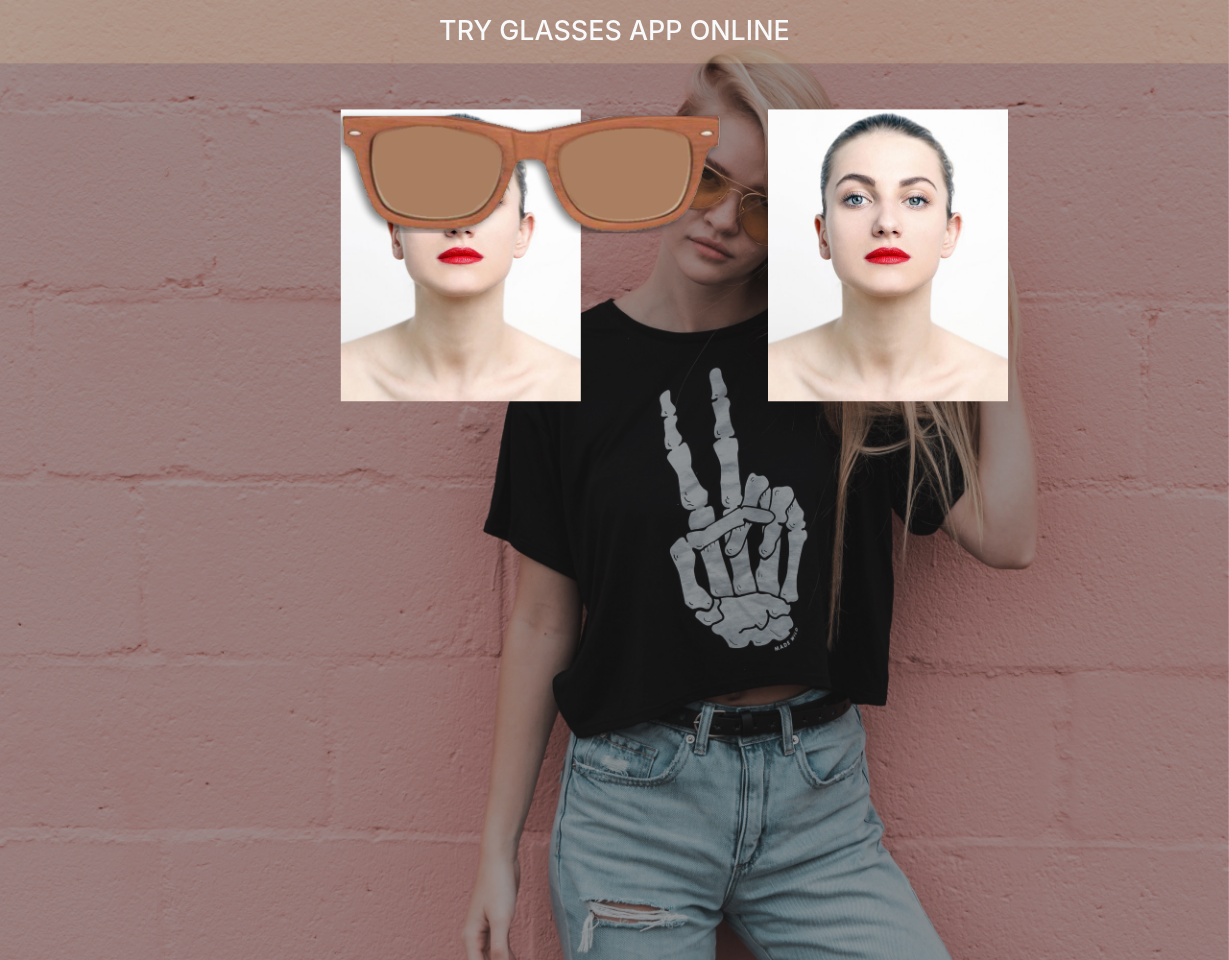
Repository: LeHieuSP/Baitapthukinh_LTH_FE70
Page: /
These files come from the project's save history. The page is drawn as it stood at one moment and after the next save; the edit follows.
The browser window is 1280 px wide. The pictures show the whole page, at 96% of full size.
The project was rebuilt for these pictures with package versions that can differ from the ones it lists, and the page was loaded fresh each time. Also part of the build but not shown: src/index.css, src/App.css, src/redux/actions/BaiTapDatVeAction.js, src/BaiTapRedux/BaiTapBookingTicket/ThongTinDatGhe.js, src/BaiTapRedux/BaiTapBookingTicket/HangGhe.js, src/BaiTapRedux/BaiTapBookingTicket/BaiTapBookingTicket.js.

Above is the page before, as saved 2022-03-09 17:08:43.

### public/index.html
<!DOCTYPE html>
<html lang="en">
  <head>
    <meta charset="utf-8" />
    <link rel="icon" href="%PUBLIC_URL%/favicon.ico" />
    <meta name="viewport" content="width=device-width, initial-scale=1" />
    <meta name="theme-color" content="#000000" />
    <meta
      name="description"
      content="Web site created using create-react-app"
    />
    <link rel="apple-touch-icon" href="%PUBLIC_URL%/logo192.png" />
    <!--
      manifest.json provides metadata used when your web app is installed on a
      user's mobile device or desktop. See https://developers.google.com/web/fundamentals/web-app-manifest/
    -->
    <link rel="manifest" href="%PUBLIC_URL%/manifest.json" />
    <!--
      Notice the use of %PUBLIC_URL% in the tags above.
      It will be replaced with the URL of the `public` folder during the build.
      Only files inside the `public` folder can be referenced from the HTML.

      Unlike "/favicon.ico" or "favicon.ico", "%PUBLIC_URL%/favicon.ico" will
      work correctly both with client-side routing and a non-root public URL.
      Learn how to configure a non-root public URL by running `npm run build`.
    -->
    <link rel="stylesheet" href="https://stackpath.bootstrapcdn.com/bootstrap/4.3.1/css/bootstrap.min.css" integrity="sha384-ggOyR0iXCbMQv3Xipma34MD+dH/1fQ784/j6cY/iJTQUOhcWr7x9JvoRxT2MZw1T" crossorigin="anonymous">

    <title>React App</title>
  </head>
  <body>
    <noscript>You need to enable JavaScript to run this app.</noscript>
    <div id="root"></div>
    <!--
      This HTML file is a template.
      If you open it directly in the browser, you will see an empty page.

      You can add webfonts, meta tags, or analytics to this file.
      The build step will place the bundled scripts into the <body> tag.

      To begin the development, run `npm start` or `yarn start`.
      To create a production bundle, use `npm run build` or `yarn build`.
    -->
    <script src="https://code.jquery.com/jquery-3.3.1.slim.min.js" integrity="sha384-q8i/X+965DzO0rT7abK41JStQIAqVgRVzpbzo5smXKp4YfRvH+8abtTE1Pi6jizo" crossorigin="anonymous"></script>
    <script src="https://cdnjs.cloudflare.com/ajax/libs/popper.js/1.14.7/umd/popper.min.js" integrity="sha384-UO2eT0CpHqdSJQ6hJty5KVphtPhzWj9WO1clHTMGa3JDZwrnQq4sF86dIHNDz0W1" crossorigin="anonymous"></script>
    <script src="https://stackpath.bootstrapcdn.com/bootstrap/4.3.1/js/bootstrap.min.js" integrity="sha384-JjSmVgyd0p3pXB1rRibZUAYoIIy6OrQ6VrjIEaFf/nJGzIxFDsf4x0xIM+B07jRM" crossorigin="anonymous"></script>




  </body>
</html>

### src/index.js
import React from 'react';
import ReactDOM from 'react-dom';
import './index.css';
import App from './App';
import reportWebVitals from './reportWebVitals';

import {Provider} from 'react-redux';
import {createStore} from 'redux';
import {rootReducer} from './redux/reducer/rootReducer';

const store = createStore(rootReducer);

ReactDOM.render(
  <Provider store={store}>

    <App />

  </Provider>,
  document.getElementById('root')
);

// If you want to start measuring performance in your app, pass a function
// to log results (for example: reportWebVitals(console.log))
// or send to an analytics endpoint. Learn more: https://bit.ly/CRA-vitals
reportWebVitals();

### src/App.js

import { Component } from 'react';
import './App.css';
import BaiTapBookingTicket from './BaiTapRedux/BaiTapBookingTicket/BaiTapBookingTicket';
import BaiTapThuKinh from './BaiTapThuKinh/BaiTapThuKinh';

export default class App extends Component {
  render() {
    return (
      <div>
        {/* <BaiTapBookingTicket /> */}
        <BaiTapThuKinh />
      </div>
    )
  }
}

### src/redux/reducer/rootReducer.js
import { combineReducers } from "redux";

//import (combineReducers)
import BaiTapDatVeReducer from './BaiTapDatVeReducer';
export const rootReducer = combineReducers ({
     BaiTapDatVeReducer, // state bài tập đặt vé
})


//export default rootReducer ;

### src/BaiTapThuKinh/BaiTapThuKinh.js
import React, { Component } from "react";

export default class BaiTapThuKinh extends Component {
  render() {

    const styleGlasses = {


    }


    return (
      <div
        style={{
          backgroundImage: "url(./glassesImage/bg.jpg)",
          backgroundRepeat: "no-repeat",
          backgroundSize: "1500px",
          height: "1000px",
        }}
      >
        <div style={{ backgroundColor: "rgba(0,0,0,.3)", height: "1000px" }}>
          <h3
            style={{ backgroundColor: "rgba(252	,224,166,.2)" }}
            className="text-center text-light p-3"
          >
            TRY GLASSES APP ONLINE
          </h3>
          <div className="container">
            <div className="row mt-5 text-center">
              <div className="col-6">
                  <div className="position-relative">
                <img className="position-absolute"
                  style={{ width: "250px" }}
                  src="./glassesImage/model.jpg"
                  alt="model.jpg"
                />
                <img style={styleGlasses}
                className="position-absolute" src="./glassesImage/v1.png"
                />
                </div>
              </div>
              <div className="col-6">
                <img
                  style={{ width: "250px" }}
                  src="./glassesImage/model.jpg"
                  alt="model.jpg"
                />

              </div>
            </div>
          </div>
        </div>
      </div>
    );
  }
}

### src/redux/reducer/BaiTapDatVeReducer.js
import { DAT_GHE, HUY_GHE } from "../types/BaiTapDatVeType";

const stateDefault = {
  danhSachGheDangDat: [

  ],
};

const BaiTapDatVeReducer = (state = stateDefault, action) => {
  switch (action.type) {
    case DAT_GHE: {
      let danhSachGheDangDatUpdate = [...state.danhSachGheDangDat];
      let index = danhSachGheDangDatUpdate.findIndex(
        (gheDangDat) => gheDangDat.soGhe === action.ghe.soGhe
      );
      if (index !== -1) {//khi người dùng click ghế đang đặt đã có trong mảng => remove đi
        danhSachGheDangDatUpdate.splice(index, 1);
      } else {//khi người dùng click ghế đang đặt chưa có trong mảng => push vào
          danhSachGheDangDatUpdate.push(action.ghe)
      }
      // cập nhật lại state => giao diện render lại
      state.danhSachGheDangDat = danhSachGheDangDatUpdate;

      return { ...state };
    }
    case HUY_GHE : {
      let danhSachGheDangDatUpdate = [...state.danhSachGheDangDat];
      let index = danhSachGheDangDatUpdate.findIndex(
        (gheDangDat) => gheDangDat.soGhe === action.soGhe
      );
      if (index !== -1) {//khi người dùng click ghế đang đặt đã có trong mảng => remove đi
        danhSachGheDangDatUpdate.splice(index, 1);
      }
      state.danhSachGheDangDat = danhSachGheDangDatUpdate;
      return {...state};
    }
    default:
      return { ...state };
  }
};

export default BaiTapDatVeReducer;

### src/BaiTapRedux/BaiTapBookingTicket/BaiTapBookingTicket.css
@font-face {
  font-family: "fontGame";
  src: url("/src/./font/Pony.ttf");
}

.bookingMovie {
  font-family: "fontGame";
}

.ghe {
  border: 3px solid orange;
  width: 45px;
  height: 35px;
  font-size: 12px;
  margin-left: 2%;
  margin-bottom: 1%;
  border-radius: 5px;
}

.rowNumber {
  /* font-size: 25px; */
  width: 45px;
  height: 35px;
  background: none;
  border: none;
  margin-left: 2%;
  margin-bottom: 1%;
  font-size: 30px;
  color: yellow;
}
.firstChar {
  color: yellow;
  font-size: 35px;
  margin-right: 15px;
}

.screen {
  border-bottom: 50px solid rgb(255, 159, 95);
  border-left: 50px solid transparent;
  border-right: 50px solid transparent;
  height: 100;
  width: 80%;
  filter: drop-shadow(4px 30px 20px rgba(255, 255, 255, 0.5));
  font-size: 25px;
  color: #fff;
}

.gheDuocChon {
  border: 3px solid orange;

  background: orange;
  color: #000;

  cursor: no-drop !important;
  border-radius: 5px;
  width: 45px;
  height: 35px;
}

.gheDangChon {
  background: rgb(109, 238, 109);
  border: 3px solid rgb(109, 238, 109);
  color: #000;

  cursor: pointer;
  border-radius: 5px;
  width: 45px;
  height: 35px;
}

### src/redux/types/BaiTapDatVeType.js
export const DAT_GHE = 'DAT_GHE';
export const HUY_GHE = 'HUY_GHE';

Loaded but not shown: src/reportWebVitals.js (common file)

After the next save:
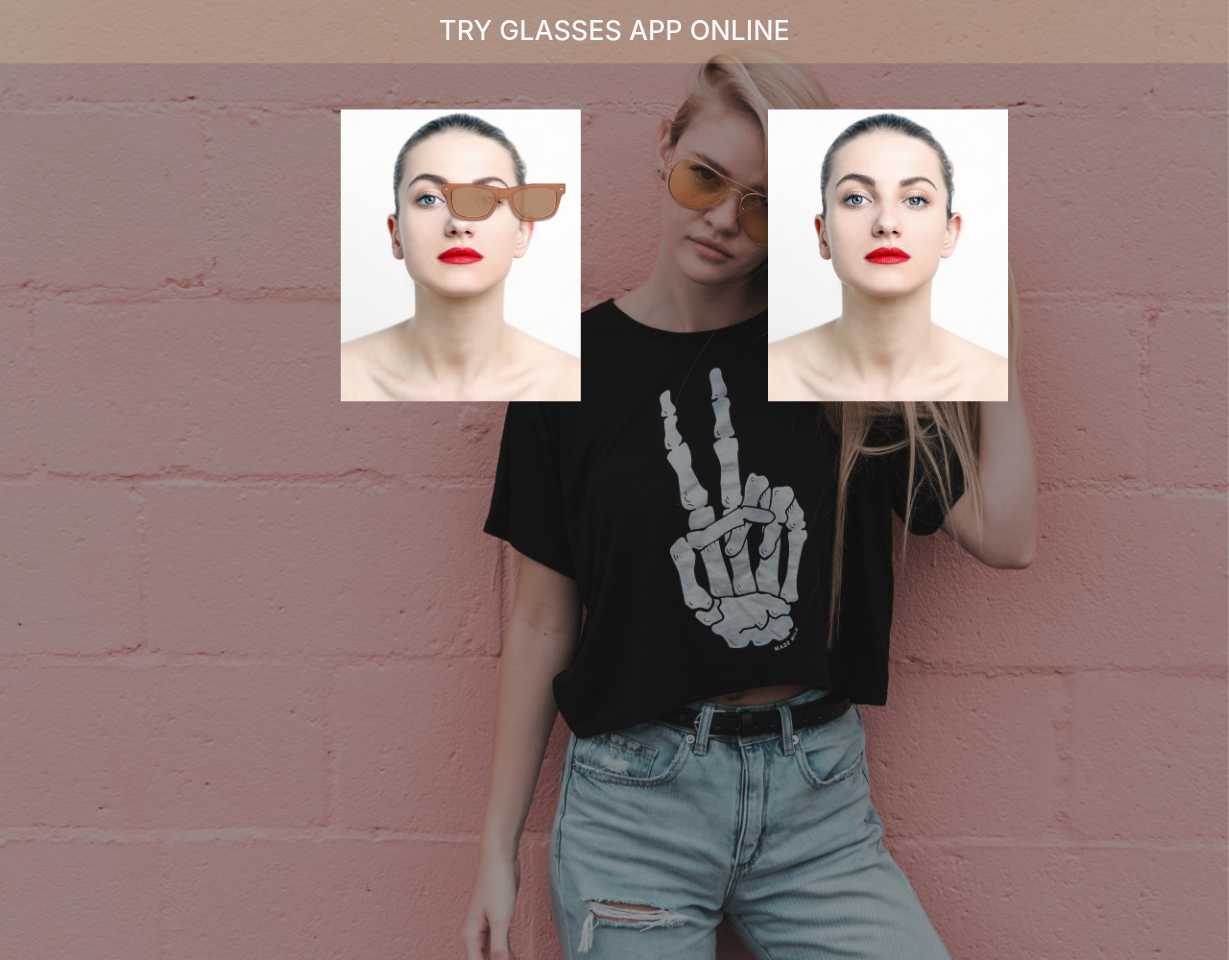
Saved 7 min 39 s later.
--- a/src/BaiTapThuKinh/BaiTapThuKinh.js
+++ b/src/BaiTapThuKinh/BaiTapThuKinh.js
@@ -4,7 +4,10 @@
   render() {
 
     const styleGlasses = {
-
+        width: '131px',
+        top: '75px',
+        right: '34px',
+        opacity: '0.9'
 
     }
 
